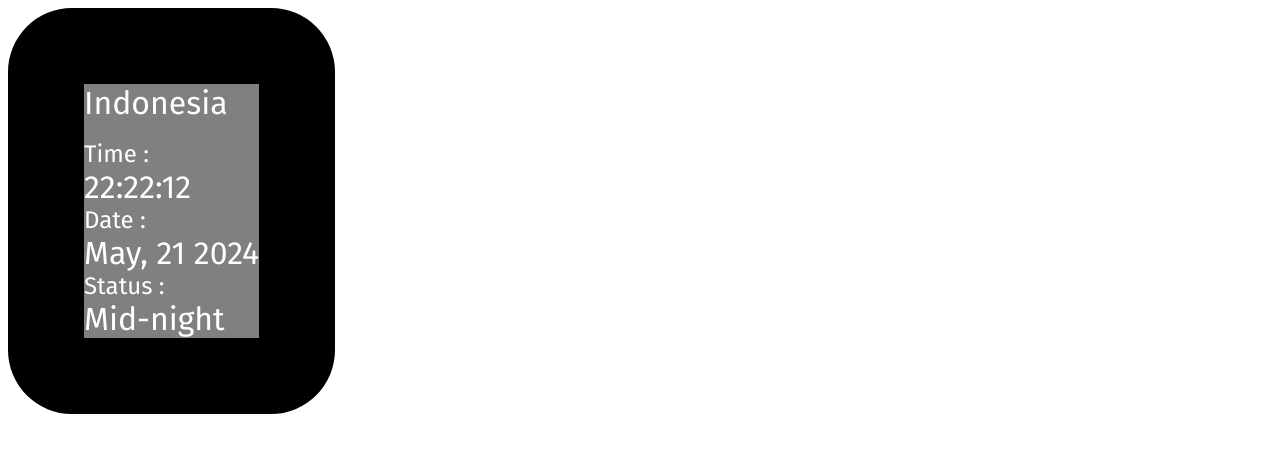
Repository: SnakeXrnt/notion-clock
Page: indonesia.html
These files come from the project's save history. The page is drawn as it stood at one moment and after the next save; the edit follows.
The browser window is 1280 px wide. The pictures show the whole page.

Above is the page before, as saved 2024-05-21 16:14:29.

### indonesia.html
<!DOCTYPE html>
<html lang="en">
<head>
    <meta charset="UTF-8">
    <meta name="viewport" content="width=device-width, initial-scale=1.0">
    <title>Indonesia</title>
    <link rel="preconnect" href="https://fonts.googleapis.com">
    <link rel="preconnect" href="https://fonts.gstatic.com" crossorigin>
    <link href="https://fonts.googleapis.com/css2?family=Fira+Sans:ital,wght@0,100;0,200;0,300;0,400;0,500;0,600;0,700;0,800;0,900;1,100;1,200;1,300;1,400;1,500;1,600;1,700;1,800;1,900&display=swap" rel="stylesheet">
    <style>
        h1, h2, h3 {
            margin: 0px;
            font-family: "Fira Sans", sans-serif;
            font-weight: 400;
            font-style: normal;
            color: white;
        }

        .box {
            display: flex;
            flex-direction: column;
            width: max-content;
            height: max-content;
            border: 6vw solid rgb(0, 0, 0);
            background-color: grey;
            border-radius: 5vw;

        }
    </style>
    <script>
        function updateTime() {
            const timeElement = document.querySelector('.time');
            const dateElement = document.querySelector('.date');
            const statusElement = document.querySelector('.status');

            const now = new Date();
            const options = { timeZone: 'Asia/Jakarta' };
            const jakartaTime = new Date(now.toLocaleString('en-US', options));

            const hours = jakartaTime.getHours();
            const minutes = jakartaTime.getMinutes();
            const seconds = jakartaTime.getSeconds();

            timeElement.innerHTML = `${hours}:${minutes < 10 ? '0' : ''}${minutes}<span class="blink">:</span>${seconds < 10 ? '0' : ''}${seconds}`;

            const monthNames = ["January", "February", "March", "April", "May", "June", "July", "August", "September", "October", "November", "December"];
            const month = monthNames[jakartaTime.getMonth()];
            const date = jakartaTime.getDate();
            const year = jakartaTime.getFullYear();

            dateElement.innerHTML = `${month}, ${date} ${year}`;

            const hourOfDay = jakartaTime.getHours();
            let status = '';
            if (hourOfDay >= 5 && hourOfDay < 12) {
                status = 'Morning';
            } else if (hourOfDay >= 12 && hourOfDay < 15) {
                status = 'Mid-day';
            } else if (hourOfDay >= 15 && hourOfDay < 18) {
                status = 'Afternoon';
            } else if (hourOfDay >= 18 && hourOfDay < 21) {
                status = 'Evening';
            } else {
                status = 'Mid-night';
            }

            statusElement.innerHTML = status;

            // Toggle blink class
            const blinkElements = document.querySelectorAll('.blink');
            blinkElements.forEach(element => {
                element.classList.toggle('hidden');
            });
        }

        setInterval(updateTime, 1000); // Update every second
    </script>
</head>
<body>
    <div class="box">
        <h1>Indonesia</h1>
        <br>
        <h2>Time :</h2>
        <h1 class="time"></h1>
        <h2>Date :</h2>
        <h1 class="date"></h1>
        <h2>Status : </h2>
        <h1 class="status"></h1>

    </div>
</body>
</html>

After the next save:
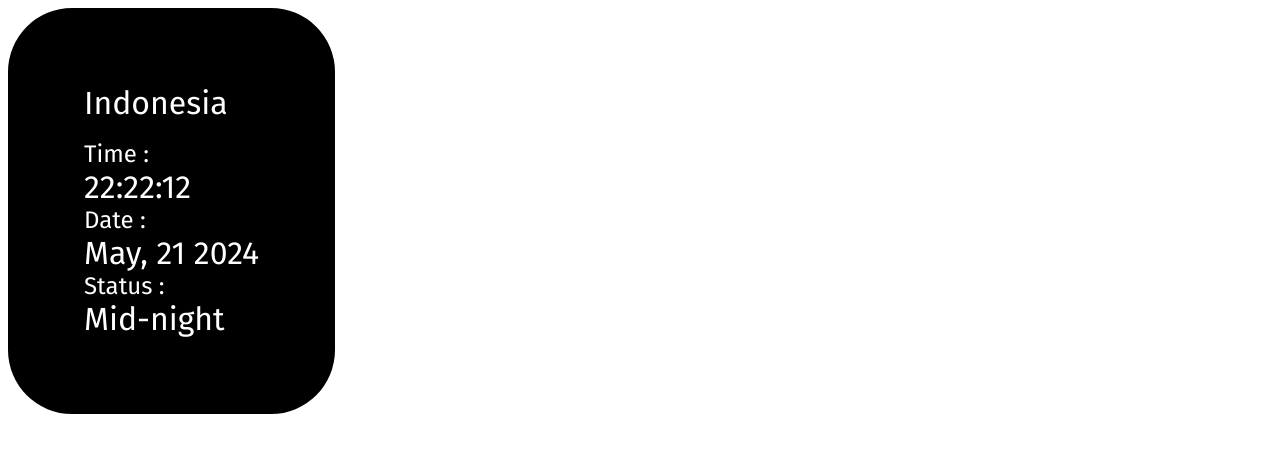
Saved 8 s later.
--- a/indonesia.html
+++ b/indonesia.html
@@ -22,7 +22,7 @@
             width: max-content;
             height: max-content;
             border: 6vw solid rgb(0, 0, 0);
-            background-color: grey;
+            background-color: rgb(0, 0, 0);
             border-radius: 5vw;
 
         }
